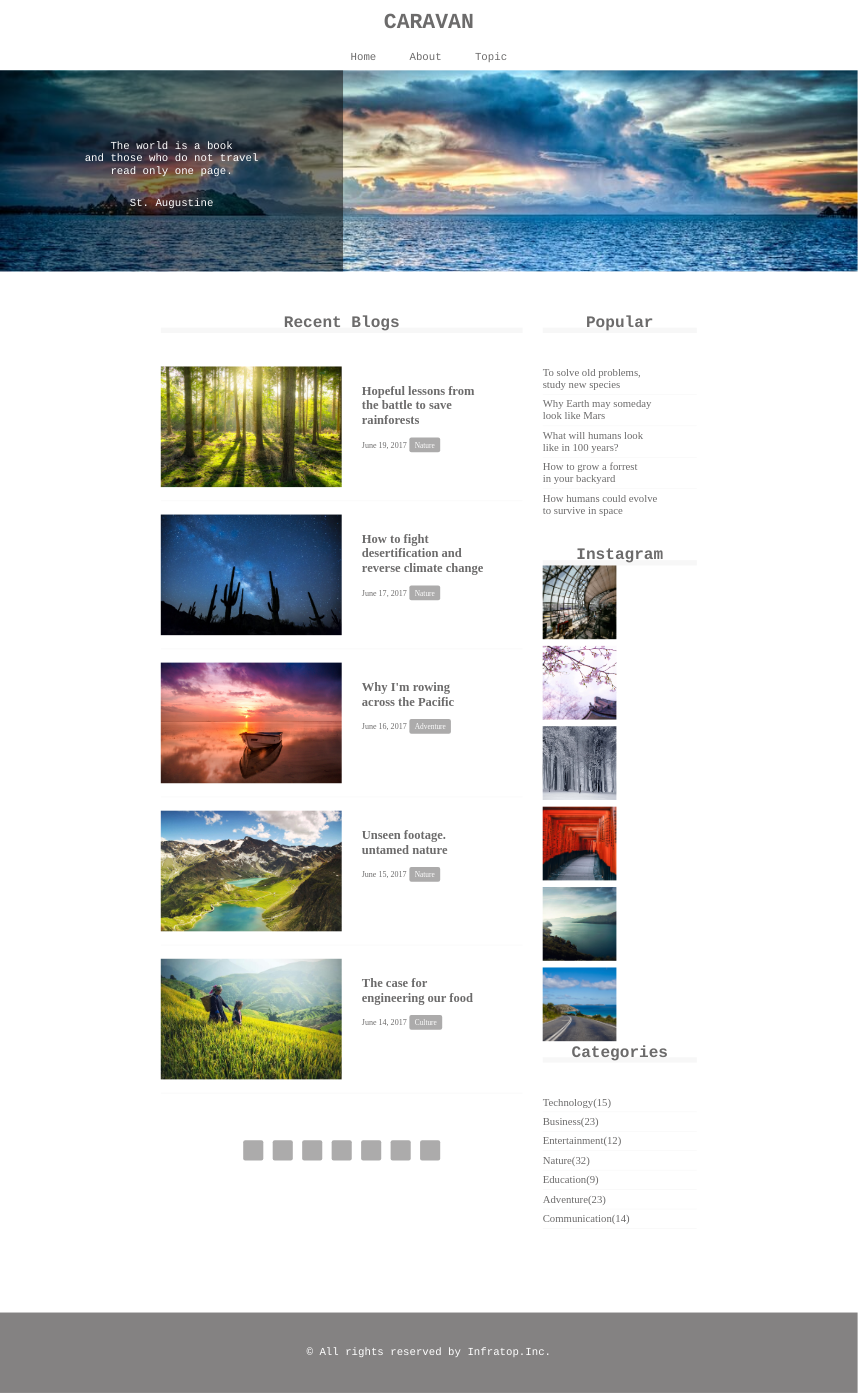
Repository: chihuyu3369/curriculum
Page: caravan/index.html
The author's editor kept a record of every edit. The page is drawn from the files as they stood at one moment, then again after the next edit.
The browser window is 1280 px wide. The pictures show the whole page, at 67% of full size.

Above is the page before.

After the next edit:
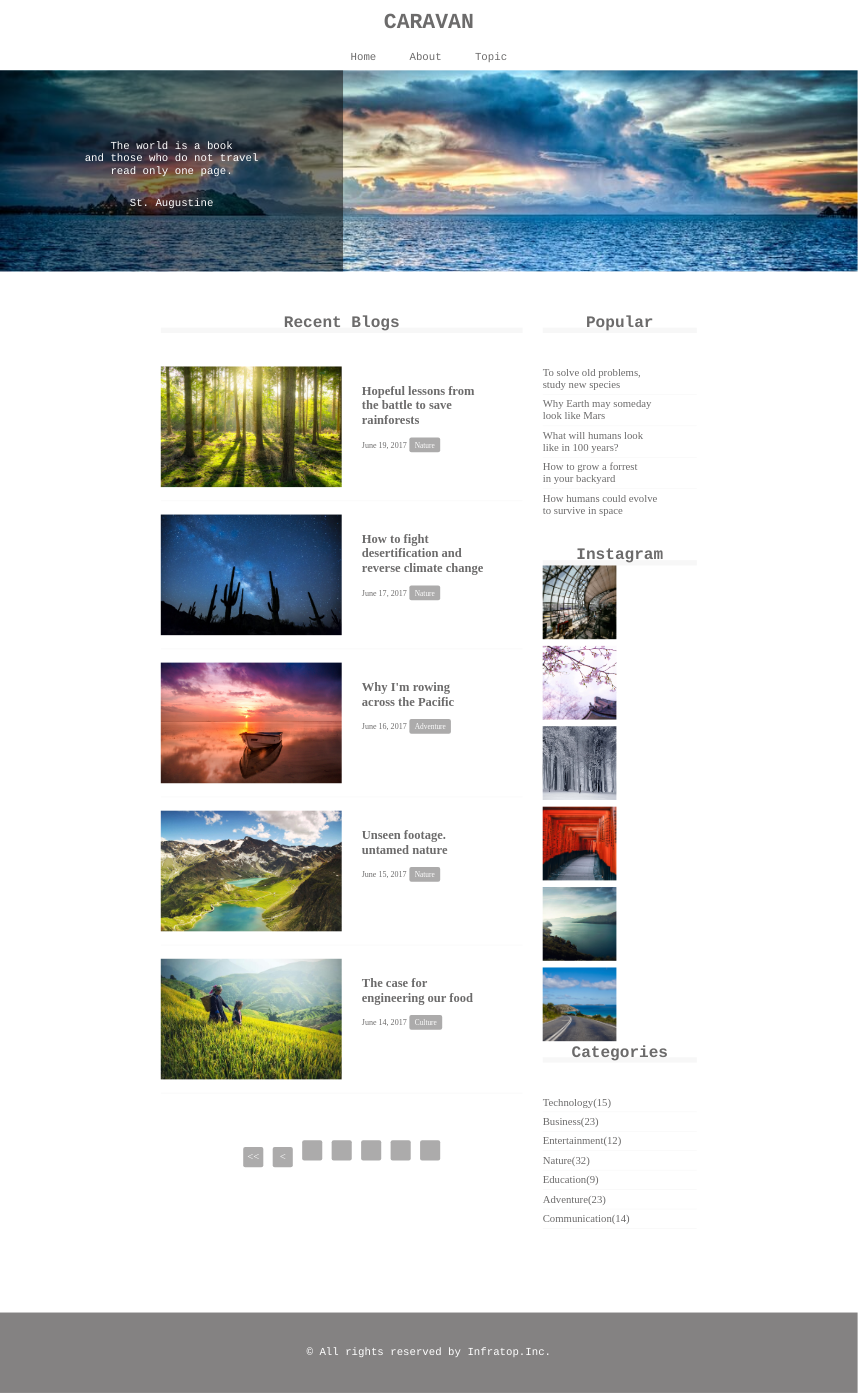
The edit:
--- a/caravan/index.html
+++ b/caravan/index.html
@@ -116,8 +116,8 @@
           </div>
          </div>
           <div class="pagination">
-            <p></p>
-            <p></p>
+            <p><<</p>
+            <p><</p>
             <p></p>
             <p></p>
             <p></p>
